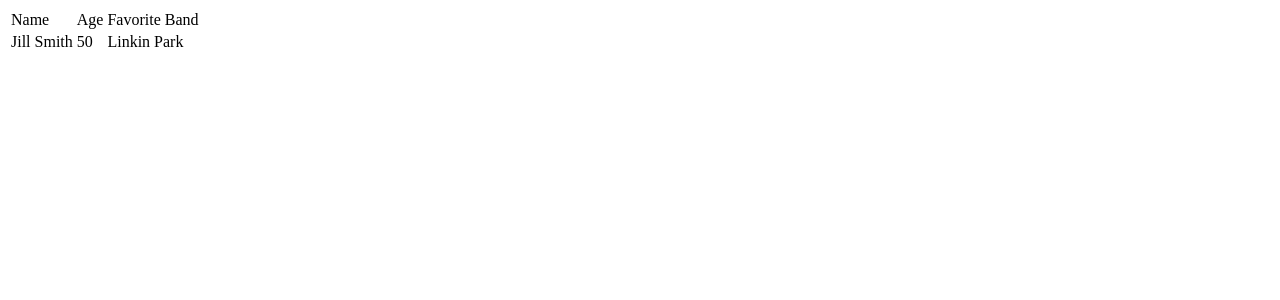
Repository: 3EyEdRav3n/10-2020-cohort-course
Page: week-1/day-3/warm-up.html
An editor plug-in stored every save of this project. The page is shown before and after the next save, followed by the edit.
The browser window is 1280 px wide. The pictures show the whole page.

Above is the page before, as saved 2020-10-28 20:08:20.

After the next save:
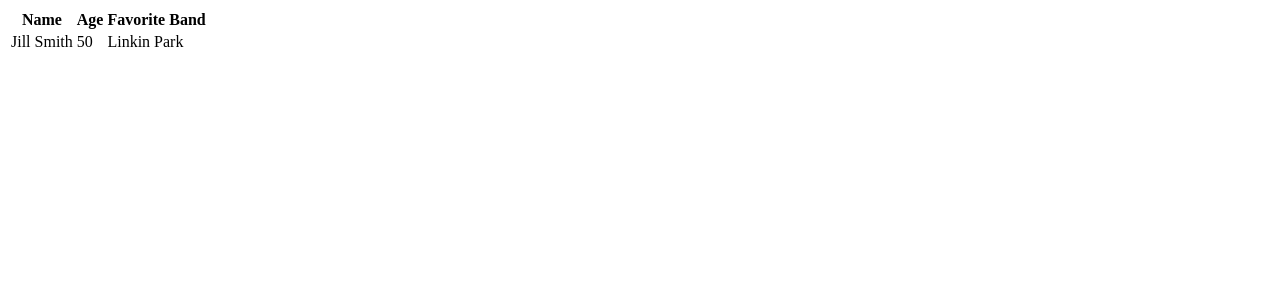
Saved 11 min 56 s later.
--- a/week-1/day-3/warm-up.html
+++ b/week-1/day-3/warm-up.html
@@ -8,9 +8,9 @@
   <body>
     <table>
       <tr>
-        <td>Name</td>
-        <td>Age</td>
-        <td>Favorite Band</td>
+        <th>Name</th>
+        <th>Age</th>
+        <th>Favorite Band</th>
       </tr>
       <tr>
         <td>Jill Smith</td>
